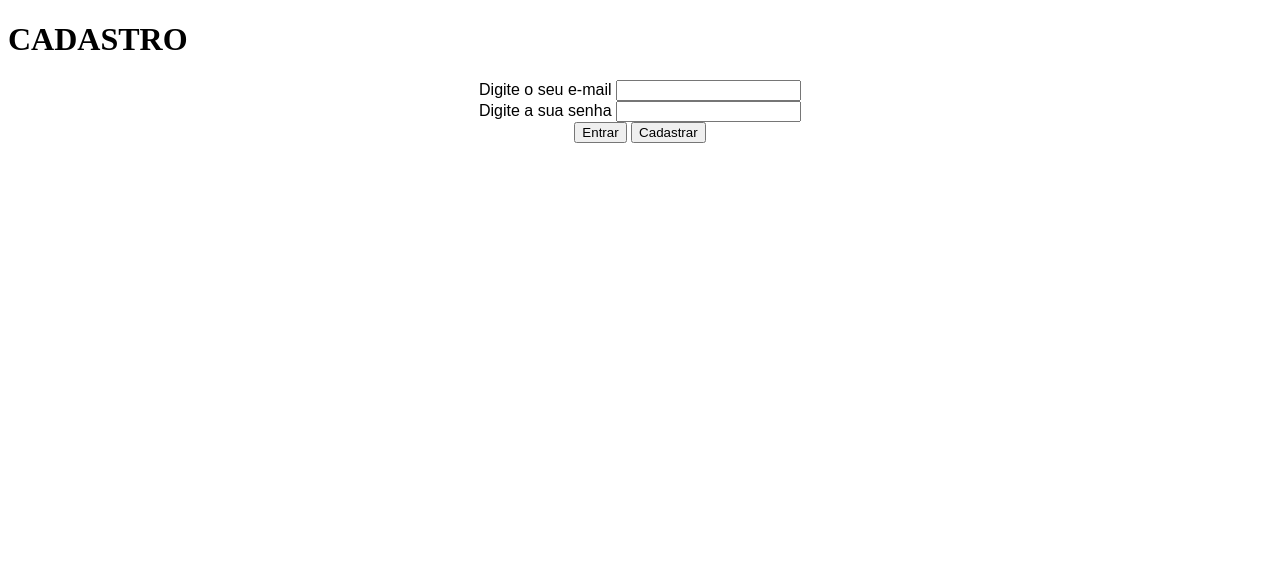
Repository: leviviana21/Java-web-login
Page: http://localhost/conexao_bd/
These files come from the project's save history. The page is drawn as it stood at one moment and after the next save; the edit follows.
The browser window is 1280 px wide. The pictures show the whole page.
The page is served by Tomcat 9. Other server files are loaded and not shown.

Above is the page before, as saved 2025-06-19 23:15:45.

### conexao_bd/src/main/webapp/index.jsp
<%@ page language="java" contentType="text/html; charset=UTF-8"
    pageEncoding="UTF-8"%>
<!DOCTYPE html>
<html>
<head>
<meta charset="UTF-8">
<title>Insert title here</title>
<link rel="stylesheet" href="style.css">
</head>
<body>

<%
	if(request.getAttribute("error") != null){
%>
	<p><% out.print(request.getAttribute("msg").toString()); %></p>
<%
	}
%>
	<h1>CADASTRO</h1>
		<form action="cadastro" method="post">
			<label>Digite o seu e-mail</label>
			<input type="email" name="txtEmail" class="email-senha" >
			<br>
			<label>Digite a sua senha</label>
			<input type="password" name="txtSenha" class="email-senha">
			<br>
			<input type="submit" value="Entrar">
			<input type="submit" value="Cadastrar">
		</form>

</body>
</html>
</body>
</html>

### conexao_bd/src/main/webapp/style.css
@charset "UTF-8";

form {
	text-align: center;
	font-family: arial;
}
.emailsenha {
	margin: 20px;
    border-radius: 6px;
    width: 165px;
    height: 22px;
}
.container {
	text-align: center;
	background-color: #F2BFA7;
	border-radius: 10px;
	height: 500px;
	margin: auto;
	width: 300px;
	box-shadow: 3px 3px 3px 2px rgba(0.2, 0.2, 0.2, 0.2);
}

.botao-login {
	border-radius: 6px;
    width: 115px;
    height: 30px;
    margin: 20px;
    background-color: #72cb10;
}
.Mensagem-Sucesso {
	text-align: center;
	font-family: arial;
}
.aviso-erro {
	color: red;
	font-weight: bold;
}

After the next save:
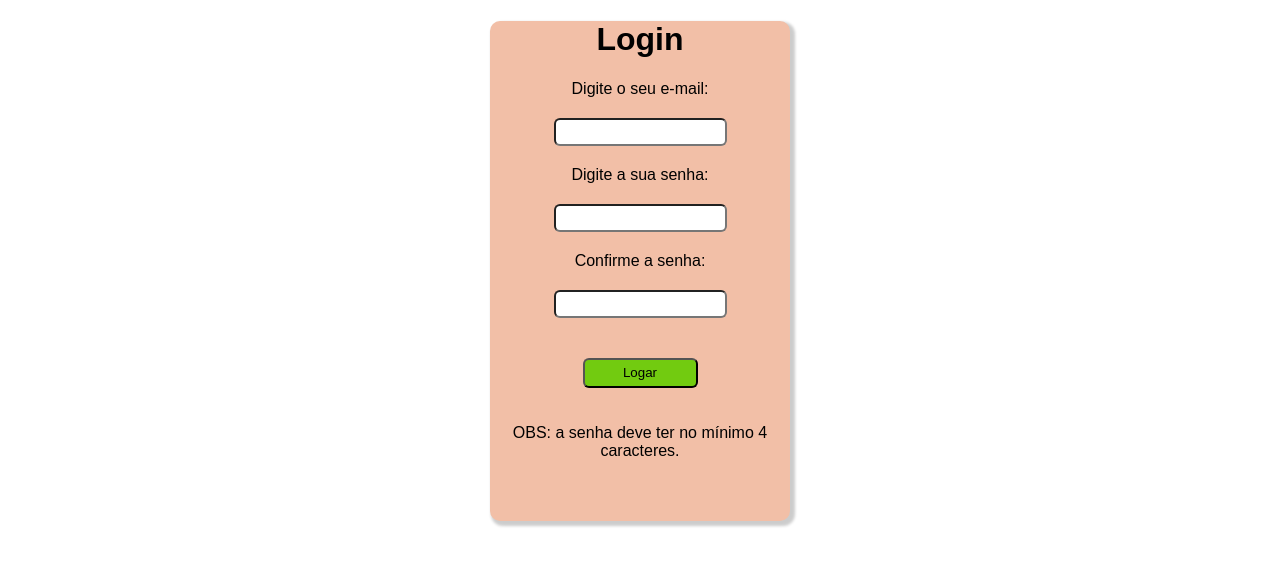
Saved 117 s later.
--- a/conexao_bd/src/main/webapp/index.jsp
+++ b/conexao_bd/src/main/webapp/index.jsp
@@ -9,26 +9,28 @@
 </head>
 <body>
 
-<%
-	if(request.getAttribute("error") != null){
-%>
-	<p><% out.print(request.getAttribute("msg").toString()); %></p>
-<%
-	}
-%>
-	<h1>CADASTRO</h1>
-		<form action="cadastro" method="post">
-			<label>Digite o seu e-mail</label>
-			<input type="email" name="txtEmail" class="email-senha" >
-			<br>
-			<label>Digite a sua senha</label>
-			<input type="password" name="txtSenha" class="email-senha">
-			<br>
-			<input type="submit" value="Entrar">
-			<input type="submit" value="Cadastrar">
-		</form>
-
+<div class="container">
+	<form action="auth" method="post">
+        <h1>Login</h1>
+        <label>Digite o seu e-mail: </label>
+        <input type="email" name="txtEmail" class="emailsenha" >
+        <br>
+        <label>Digite a sua senha: </label>
+        <input type="password" name="txtSenha" class="emailsenha" >
+        <br>
+        <label>Confirme a senha: </label>
+        <input type="password" name="confirmar_Senha" class="emailsenha" >
+        <br>
+        <input type="submit" value="Logar" class="botao-login">
+        <p>OBS: a senha deve ter no mínimo 4 caracteres.</p>
+        <%
+			if(request.getAttribute("error") != null){
+		%>
+		<p class="aviso-erro"><% out.print(request.getAttribute("msg").toString()); %></p>
+		<%
+			}
+		%>
+    </form>
+</div>
 </body>
 </html>
-</body>
-</html>
